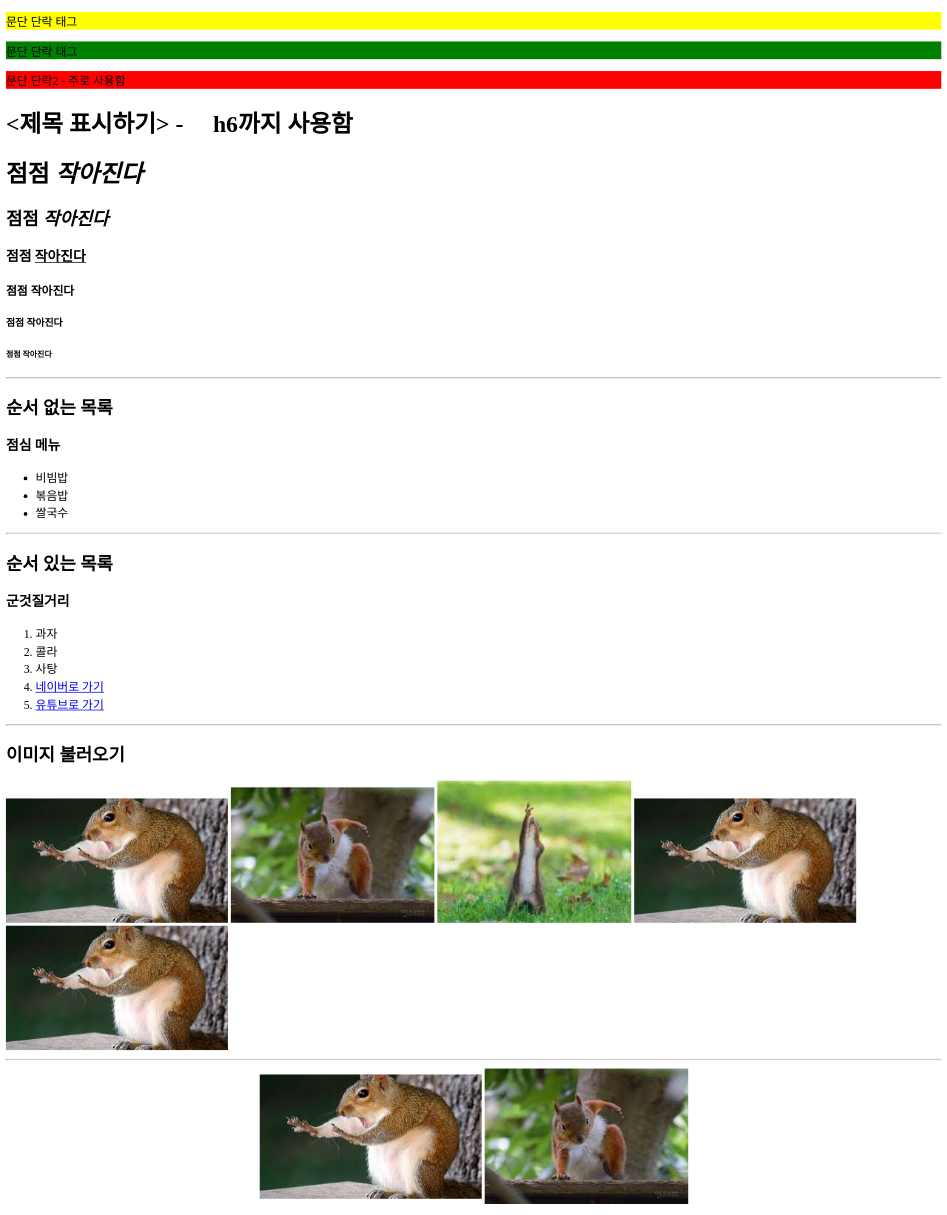
Repository: hsaar/jsworkplace
Page: http://localhost/testjsp/html/test01.jsp
An editor plug-in stored every save of this project. The page is shown before and after the next save, followed by the edit.
The browser window is 1280 px wide. The pictures show the whole page, at 74% of full size.
The page is served by Tomcat 9.

Above is the page before, as saved 2025-08-19 06:31:41.

### testjsp/src/main/webapp/html/test01.jsp
<%@ page language="java" contentType="text/html; charset=UTF-8"
    pageEncoding="UTF-8"%>
<!DOCTYPE html>
<html>
<head>
<meta charset="UTF-8">
<title>NAVAR</title>
</head>
<body>
	<p style="background:yellow">문단 단락 태그</p>
	<p style="background:green">문단 단락 태그</p>
	<div style="background:red">문단 단락2 - 주로 사용함</div>
	<div>
		<h1>&lt;제목 표시하기&gt; - &nbsp;&nbsp;&nbsp;&nbsp;h6까지 사용함</h1>
	</div>
	<div>
		<h1>점점 <i>작아진다</i></h1>
		<h2>점점 <em>작아진다</em></h2>
		<h3>점점 <ins>작아진다</ins></h3>
		<h4>점점 작아진다</h4>
		<h5>점점 작아진다</h5>
		<h6>점점 작아진다</h6>
	</div><hr>
	<div>
		<h2>순서 없는 목록</h2>
		<h3>점심 메뉴</h3>
		<ul>
			<li>비빔밥</li>
			<li>볶음밥</li>
			<li>쌀국수</li>
		</ul>
		<hr>
		<h2>순서 있는 목록</h2>
		<h3>군것질거리</h3>
		<ol>
			<li>과자</li>
			<li>콜라</li>
			<li>사탕</li>
			<li><a href="http://naver.com" target="_blank">네이버로 가기</a></li>
			<li><a href="http://youtube.com" target="_blank">유튜브로 가기</a></li>
		</ol>
	</div><hr>
	<!--  1) ./images/ - 현재폴더에서 image폴더로 이동
		  2) ../images/ - 상위폴더에서 image폴더로 이동
		  3) /images/ - 절대경로 root(http://localhost:8080/)에서 image폴더로 이동
	-->
	<div>
		<h2>이미지 불러오기</h2>
		<img src = "../image/ramjii.jpg">
		<img src = "../image/ramjiii.jpg">
		<img src = "../image/ramjiiii.jpg">
		<img src = "/testjsp/image/ramjii.jpg">
		<img src = "./image/ramjii.jpg"> <!-- 실행 X -->

	</div><hr>
	<table align="center">
		<tr>
			<td align = "center">
				<img src = "../image/ramjii.jpg" alt="람쥐썬더">
			</td>
			<td align = "center">
				<img src = "../image/ramjiii.jpg" alt="람쥐썬더">
			</td>
		</tr>
	</table>

</body>
</html>

After the next save:
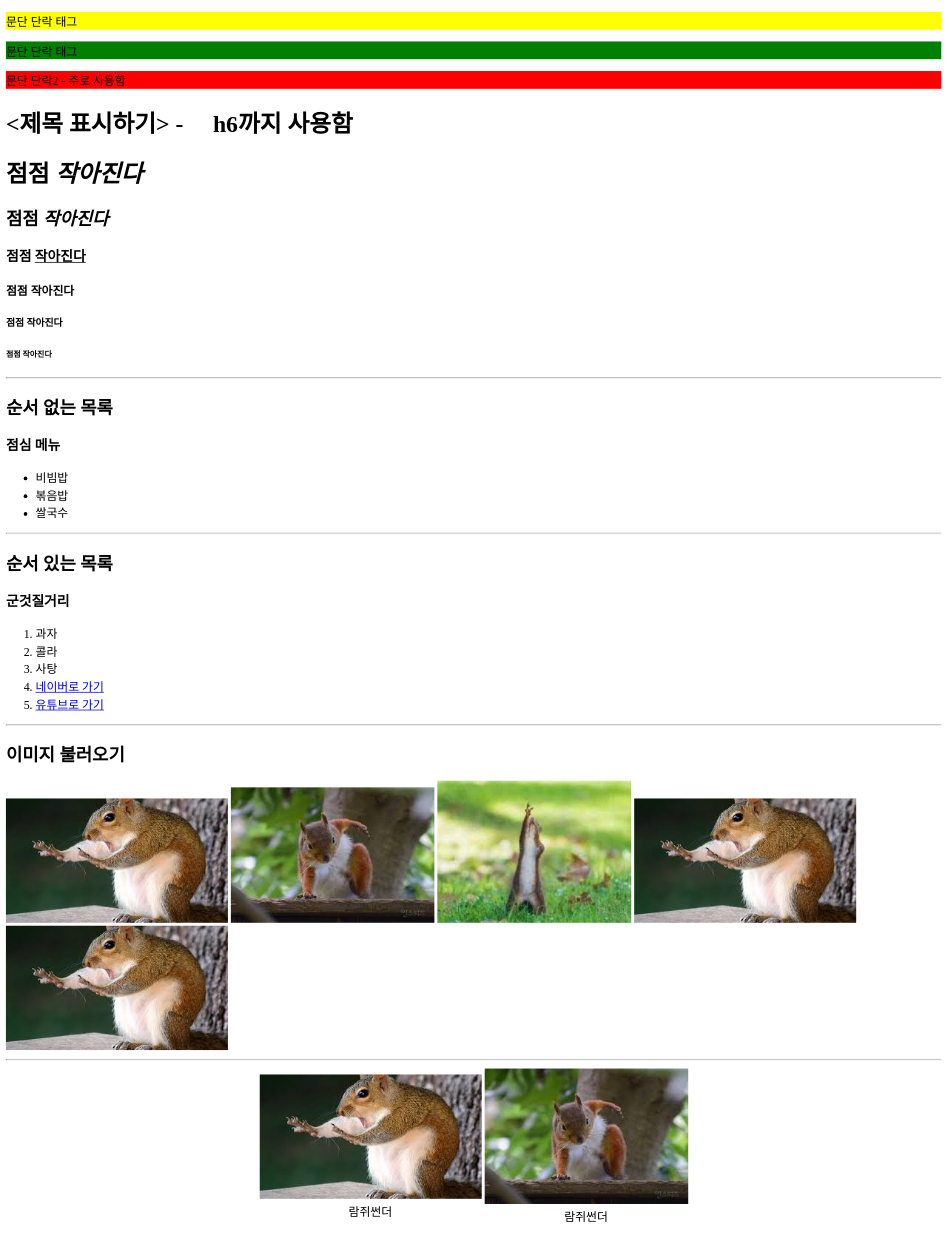
Saved 36 s later.
--- a/testjsp/src/main/webapp/html/test01.jsp
+++ b/testjsp/src/main/webapp/html/test01.jsp
@@ -57,9 +57,11 @@
 		<tr>
 			<td align = "center">
 				<img src = "../image/ramjii.jpg" alt="람쥐썬더">
+				<div>람쥐썬더</div>
 			</td>
 			<td align = "center">
 				<img src = "../image/ramjiii.jpg" alt="람쥐썬더">
+				<div>람쥐썬더</div>
 			</td>
 		</tr>
 	</table>
